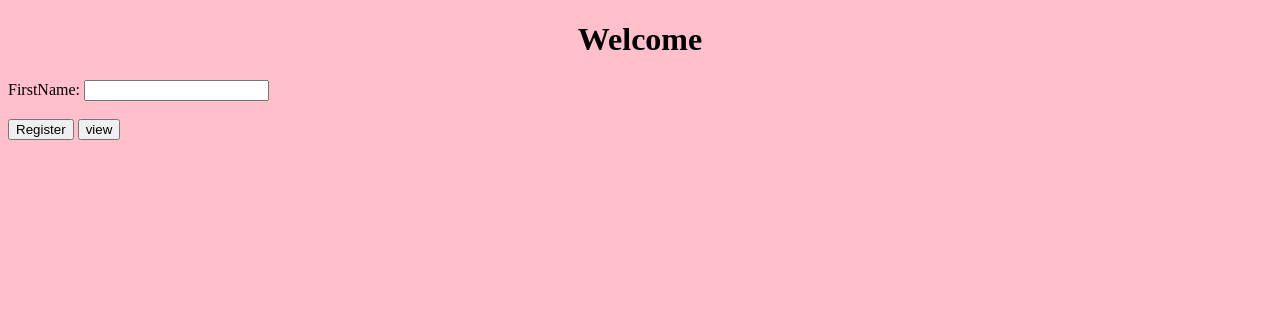
Repository: madhu124/Youtube-demo
Page: CustomerRegistration/WebContent/Index.html
An editor plug-in stored every save of this project. The page is shown before and after the next save, followed by the edit.
The browser window is 1280 px wide. The pictures show the whole page.

Above is the page before, as saved 2017-06-01 21:17:14.

### CustomerRegistration/WebContent/Index.html
<!DOCTYPE html>
<html>
<head>
<meta charset="ISO-8859-1">
<title>Customer Registration</title>
</head>
<style>
body {
	background-color: pink;
}

h1 {
	font-family: bold;
}
</style>
<body>
	<center>
		<h1>Welcome</h1>
	</center>
	<form action="./Customer1" method="post">
		FirstName: <input type="text" name="uname"> <br></br>

		<input type="submit" value="Register"name="Register">
		<input type="submit" value="view"name="View">
	</form>
</body>

</html>

After the next save:
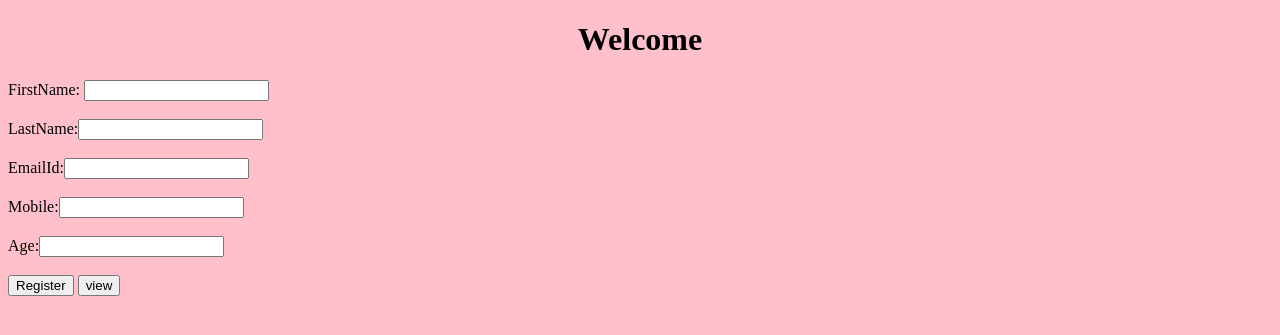
Saved 11 min 13 s later.
--- a/CustomerRegistration/WebContent/Index.html
+++ b/CustomerRegistration/WebContent/Index.html
@@ -19,7 +19,10 @@ h1 {
 	</center>
 	<form action="./Customer1" method="post">
 		FirstName: <input type="text" name="uname"> <br></br>
-
+		LastName:<input type="text" name="Lname"><br></br>
+		EmailId:<input type="email" name="email"> <br></br>
+		Mobile:<input type="number" name="phone"><br></br>
+		Age:<input type="number" name="age"><br></br>
 		<input type="submit" value="Register"name="Register">
 		<input type="submit" value="view"name="View">
 	</form>
